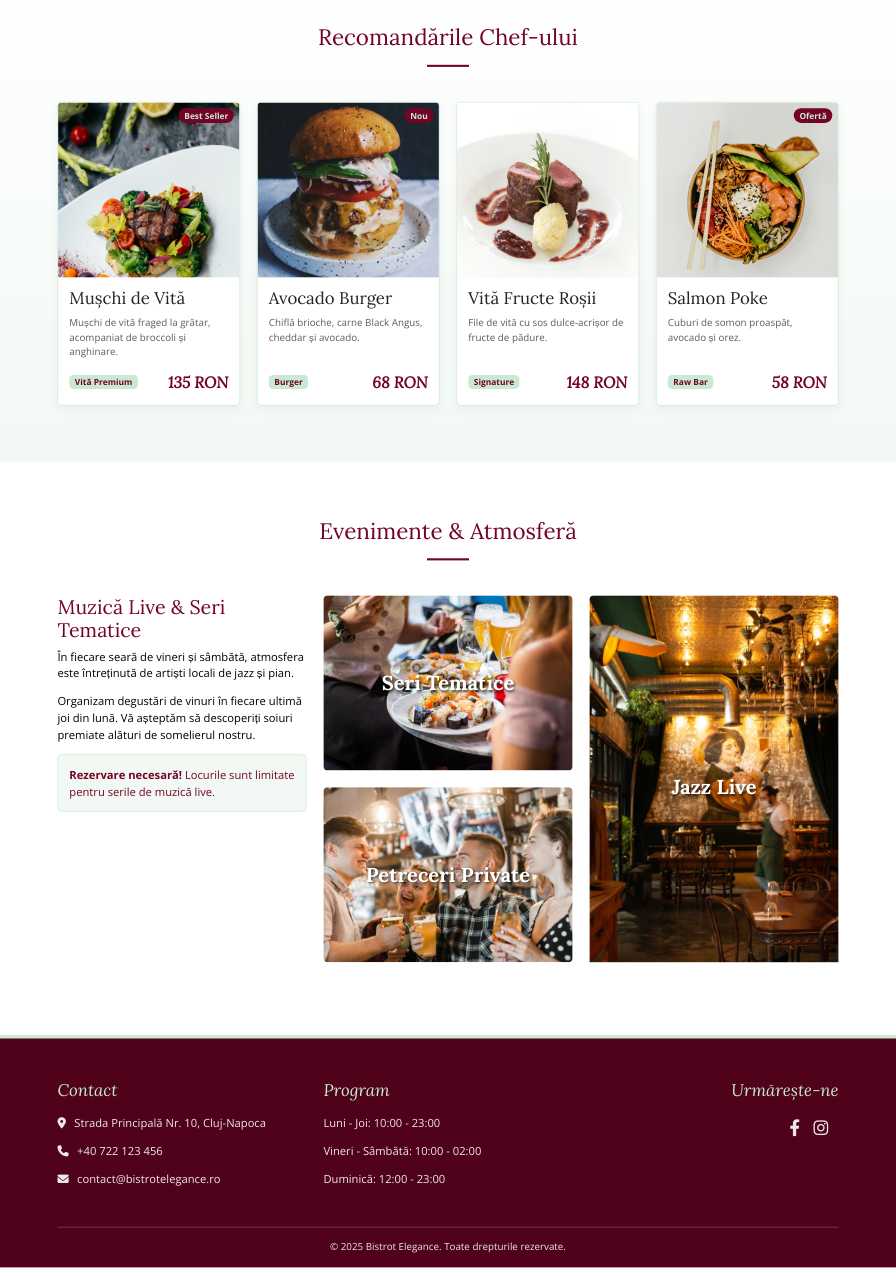
Repository: 912-Comsa-Teodora/bistrot-restaurant
Page: restaurant/index.html
An editor plug-in stored every save of this project. The page is shown before and after the next save, followed by the edit.
The browser window is 1280 px wide. The pictures show the part of the page from y = 1261 to 3181 px (the page is 3072 px tall before and 3181 px after), at 70% of full size.
A picture or video elsewhere on the page could not be fetched, so the positions and the page height are approximate.

Above is the page before, as saved 2026-01-18 16:36:41.

### restaurant/index.html
<!DOCTYPE html>
<html lang="ro">
<head>
    <meta charset="UTF-8">
    <meta name="viewport" content="width=device-width, initial-scale=1.0">
    <meta name="description" content="Cel mai bun restaurant și bar din oraș. Atmosferă unică, meniu select.">
    <meta name="author" content="Numele Tau">

    <title>Bistrot Elegance - Restaurant & Bar</title>

    <link href="https://cdn.jsdelivr.net/npm/bootstrap@5.3.0/dist/css/bootstrap.min.css" rel="stylesheet">
    <link rel="stylesheet" href="https://cdnjs.cloudflare.com/ajax/libs/font-awesome/6.4.0/css/all.min.css">

    <link href="https://fonts.googleapis.com/css2?family=Lora:ital,wght@0,400;0,700;1,400&family=Open+Sans:wght@300;400;700&display=swap" rel="stylesheet">

    <style>
        :root {
            --primary-color: #740427;
            --primary-dark: #50021b;
            --mint-color: #C8EAD3;
            --mint-light: #F2F9F4;
            --text-dark: #000000;
            --white: #ffffff;
        }

        body {
            /* CHANGE 1: Applied Open Sans */
            font-family: 'Open Sans', sans-serif;
            color: var(--text-dark);
            padding-top: 65px;
            background-color: var(--white);
        }

        h1, h2, h3, h4, h5 {
            /* CHANGE 1: Applied Lora */
            font-family: 'Lora', serif;
            color: var(--primary-color);
        }

        .navbar {
            background-color: #fff;
            box-shadow: 0 2px 10px rgba(0,0,0,0.1);
            border-bottom: 1px solid var(--mint-color);
        }

        .navbar-brand img {
            max-height: 40px;
        }

        .nav-link {
            color: var(--primary-dark);
            font-weight: 700;
            text-transform: uppercase;
            font-size: 0.9rem;
        }

        .nav-link:hover {
            color: var(--primary-color);
        }


        #heroCarousel .carousel-item img {
            height: calc(100vh - 65px);
            object-fit: cover;
            filter: brightness(0.6);
        }

        .carousel-caption {
            top: 50%;
            transform: translateY(-50%);
            bottom: auto;
            width: 70%;
            left: 15%;
        }

        .carousel-caption p {
            margin-top: 0;
            margin-bottom: 1.5rem;
            font-size: 1.2rem;
            font-weight: 300;
            color: #fff;
        }

        .carousel-caption h2 {
            font-size: 4rem;
            color: #fff;
            text-shadow: 2px 2px 4px rgba(0,0,0,0.6);
        }


        section {
            padding: 80px 0;
        }

        .section-title {
            text-align: center;
            margin-bottom: 50px;
            position: relative;
        }

        .section-title::after {
            content: '';
            display: block;
            width: 60px;
            height: 3px;
            background-color: var(--primary-color);
            margin: 20px auto;
        }

        .bg-mint-gradient {
            background: linear-gradient(180deg, var(--white) 0%, var(--mint-light) 100%);
        }

        .card {
            border: 1px solid var(--mint-color);
            background-color: #fff;
            transition: transform 0.3s;
            box-shadow: 0 5px 15px rgba(0,0,0,0.05);
        }

        .card:hover {
            transform: translateY(-5px);
            border-color: var(--primary-color);
            box-shadow: 0 10px 30px rgba(116, 4, 39, 0.1);
        }

        .card-img-top {
            height: 250px;
            width: 100%;
            object-fit: cover;
            object-position: center;
        }

        .price-tag {
            /* CHANGE 1 & 2: Font Lora + Italic */
            font-family: 'Lora', serif;
            font-size: 1.4rem;
            font-weight: 700;
            color: var(--primary-color);
            font-style: italic; /* Added Italic */
        }


        .badge-custom-primary {
            background-color: var(--primary-color) !important;
            color: var(--mint-color);
        }

        .badge-custom-mint {
            background-color: var(--mint-color) !important;
            color: var(--primary-color);
            font-weight: 700;
        }

        /* EVENTS STYLING */
        /* CHANGE 3: Wrapper for images to hold the text */
        .event-wrapper {
            position: relative;
            overflow: hidden;
            border-radius: 0.375rem; /* Matches Bootstrap 'rounded' */
        }

        /* CHANGE 3: Text Overlay Style */
        .event-text-overlay {
            position: absolute;
            top: 50%;
            left: 50%;
            transform: translate(-50%, -50%);
            color: var(--white);
            font-family: 'Lora', serif;
            font-size: 1.8rem;
            font-weight: 700;
            text-shadow: 2px 2px 4px rgba(0,0,0,0.8);
            width: 100%;
            text-align: center;
            z-index: 2;
            pointer-events: none; /* Allows clicking through text if needed */
        }

        /* Optional: Darken image slightly to make text pop */
        .event-wrapper img {
            transition: transform 0.3s ease;
        }
        .event-wrapper:hover img {
            transform: scale(1.05);
        }

        @media (min-width: 992px) {
            .event-img-small {
                height: 250px;
                width: 100%;
                object-fit: cover;
            }
            .event-img-large {
                height: calc(500px + 1.5rem);
                width: 100%;
                object-fit: cover;
            }
        }


        footer {
            background-color: var(--primary-dark);
            color: #fff;
            padding: 60px 0 20px;
            border-top: 5px solid var(--mint-color);
        }

        footer h4 {
            color: var(--mint-color);
            margin-bottom: 20px;
            /* CHANGE 2: Footer Titles Italic */
            font-style: italic;
        }

        footer p, footer i {
            color: rgba(255, 255, 255, 0.9);
        }

        .social-icons a {
            color: #fff;
            font-size: 1.5rem;
            margin-right: 15px;
            transition: color 0.3s;
        }

        .social-icons a:hover {
            color: var(--mint-color);
        }

        hr.bg-light {
             border-color: rgba(255,255,255,0.2);
        }
    </style>
</head>
<body>

    <header id="home">
        <nav class="navbar navbar-expand-lg navbar-light fixed-top">
            <div class="container">
                <a class="navbar-brand" href="index.html">
                    <img src="./pictures/Bistrot-Elegance-Logo-visiniu.png" alt="Logo Bistrot Elegance">
                </a>

                <button class="navbar-toggler" type="button" data-bs-toggle="collapse" data-bs-target="#navbarContent" aria-controls="navbarContent" aria-expanded="false" aria-label="Toggle navigation">
                    <span class="navbar-toggler-icon"></span>
                </button>

                <div class="collapse navbar-collapse" id="navbarContent">
                    <ul class="navbar-nav ms-auto mb-2 mb-lg-0">
                        <li class="nav-item">
                            <a class="nav-link" href="#home">Acasă</a>
                        </li>
                        <li class="nav-item">
                            <!-- LINK MODIFIED HERE TO OPEN PDF -->
                            <a class="nav-link" href="menu.pdf" target="_blank">Meniu</a>
                        </li>
                        <li class="nav-item">
                            <a class="nav-link" href="#despre">Despre Noi</a>
                        </li>
                        <li class="nav-item">
                            <a class="nav-link" href="#specialitati">Specialități</a>
                        </li>
                        <li class="nav-item">
                            <a class="nav-link" href="#evenimente">Evenimente</a>
                        </li>
                        <li class="nav-item">
                            <a class="nav-link" href="#contact">Contact</a>
                        </li>
                    </ul>
                </div>
            </div>
        </nav>
    </header>

    <div id="heroCarousel" class="carousel slide" data-bs-ride="carousel">
        <div class="carousel-inner">
            <div class="carousel-item active" data-bs-interval="3000">
                <img src="pictures/restaurant-imagine-principala.jpg" class="d-block w-100" alt="Interior restaurant">
                <div class="carousel-caption">
                    <p>Bine ați venit la</p>
                    <h2>Bistrot Elegance</h2>
                    <p>O experiență culinară de neuitat în inima orașului</p>
                </div>
            </div>

            <div class="carousel-item" data-bs-interval="3000">
                <img src="pictures/cover-bauturi.jpg" class="d-block w-100" alt="Bauturi">
                <div class="carousel-caption">
                    <h2>Cocktailuri Signature</h2>
                    <p>Mixologie rafinată pentru seri perfecte</p>
                </div>
            </div>

            <div class="carousel-item" data-bs-interval="3000">
                <img src="pictures/cover-mancare.jpg" class="d-block w-100" alt="Mancare">
                <div class="carousel-caption">
                    <h2>Gusturi Autentice</h2>
                    <p>Preparate create cu pasiune din ingrediente locale</p>
                </div>
            </div>

            <div class="carousel-item" data-bs-interval="3000">
                <img src="pictures/cover-desert.jpg" class="d-block w-100" alt="Desert">
                <div class="carousel-caption">
                    <h2>Deserturi Artizanale</h2>
                    <p>Finalul dulce perfect pentru orice masă</p>
                </div>
            </div>
        </div>
    </div>

    <section id="despre">
        <div class="container">
            <div class="row align-items-center">
                <div class="col-lg-6 mb-4 mb-lg-0">
                    <h2 class="mb-4">Povestea Noastră</h2>
                    <h3 class="mb-3" style="color: var(--text-dark); opacity: 0.8;">Tradiție și modernism din 2010</h3>
                    <p>
                        Situat într-o clădire istorică, <strong>Bistrot Elegance</strong> îmbină arhitectura clasică cu un design interior modern și vibrant. Ne mândrim cu o atmosferă care invită la relaxare și conversație, fiind locul ideal atât pentru întâlniri de afaceri, cât și pentru cine romantice.
                    </p>
                    <p>
                        Filozofia noastră culinară se bazează pe ingrediente locale, proaspete, reinterpretate într-o manieră internațională. Echipa noastră de bucătari pasionați lucrează zilnic pentru a oferi preparate care surprind prin gust și prezentare.
                    </p>
                </div>
                <div class="col-lg-6">
                    <img src="pictures/interior-restaurant.jpg" class="img-fluid rounded shadow" alt="Interior restaurant">
                </div>
            </div>
        </div>
    </section>

    <section id="specialitati" class="bg-mint-gradient">
        <div class="container">
            <h2 class="section-title">Recomandările Chef-ului</h2>
            <div class="row g-4">

                <div class="col-md-6 col-lg-3">
                    <div class="card h-100">
                        <span class="position-absolute top-0 end-0 badge rounded-pill badge-custom-primary m-2">
                            Best Seller
                        </span>
                        <img src="pictures/muschi-de-vita-cu-legume.jpg" class="card-img-top" alt="Vita">
                        <div class="card-body d-flex flex-column">
                            <h4 class="card-title">Mușchi de Vită</h4>
                            <p class="card-text small text-muted">Mușchi de vită fraged la grătar, acompaniat de broccoli și anghinare.</p>
                            <div class="mt-auto d-flex justify-content-between align-items-center">
                                <span class="badge badge-custom-mint">Vită Premium</span>
                                <span class="price-tag">135 RON</span>
                            </div>
                        </div>
                    </div>
                </div>

                <div class="col-md-6 col-lg-3">
                    <div class="card h-100">
                         <span class="position-absolute top-0 end-0 badge rounded-pill badge-custom-primary m-2">
                            Nou
                        </span>
                        <img src="pictures/avocado-gourmet-burger.jpg" class="card-img-top" alt="Burger">
                        <div class="card-body d-flex flex-column">
                            <h4 class="card-title">Avocado Burger</h4>
                            <p class="card-text small text-muted">Chiflă brioche, carne Black Angus, cheddar și avocado.</p>
                            <div class="mt-auto d-flex justify-content-between align-items-center">
                                <span class="badge badge-custom-mint">Burger</span>
                                <span class="price-tag">68 RON</span>
                            </div>
                        </div>
                    </div>
                </div>

                 <div class="col-md-6 col-lg-3">
                    <div class="card h-100">
                        <img src="pictures/vita-cu-fructe-rosii.jpg" class="card-img-top" alt="Vita fructe rosii">
                        <div class="card-body d-flex flex-column">
                            <h4 class="card-title">Vită Fructe Roșii</h4>
                            <p class="card-text small text-muted">File de vită cu sos dulce-acrișor de fructe de pădure.</p>
                            <div class="mt-auto d-flex justify-content-between align-items-center">
                                <span class="badge badge-custom-mint">Signature</span>
                                <span class="price-tag">148 RON</span>
                            </div>
                        </div>
                    </div>
                </div>

                <div class="col-md-6 col-lg-3">
                    <div class="card h-100">
                        <span class="position-absolute top-0 end-0 badge rounded-pill badge-custom-primary m-2">
                            Ofertă
                        </span>
                        <img src="pictures/salmon-poke.jpg" class="card-img-top" alt="Poke">
                        <div class="card-body d-flex flex-column">
                            <h4 class="card-title">Salmon Poke</h4>
                            <p class="card-text small text-muted">Cuburi de somon proaspăt, avocado și orez.</p>
                            <div class="mt-auto d-flex justify-content-between align-items-center">
                                <span class="badge badge-custom-mint">Raw Bar</span>
                                <span class="price-tag">58 RON</span>
                            </div>
                        </div>
                    </div>
                </div>

            </div>
        </div>
    </section>

    <section id="evenimente">
        <div class="container">
            <h2 class="section-title">Evenimente & Atmosferă</h2>
            <div class="row">
                <div class="col-lg-4 mb-4">
                    <h3>Muzică Live & Seri Tematice</h3>
                    <p>În fiecare seară de vineri și sâmbătă, atmosfera este întreținută de artiști locali de jazz și pian.</p>
                    <p>Organizam degustări de vinuri în fiecare ultimă joi din lună. Vă așteptăm să descoperiți soiuri premiate alături de somelierul nostru.</p>
                    <div class="alert alert-info mt-3" style="background-color: var(--mint-light); border-color: var(--mint-color); color: var(--primary-color);">
                        <strong>Rezervare necesară!</strong> Locurile sunt limitate pentru serile de muzică live.
                    </div>
                </div>

                <div class="col-lg-4 col-md-6 mb-4">

                    <div class="event-wrapper mb-4">
                        <img src="pictures/seara-tematica-sushi.jpg" class="img-fluid w-100 event-img-small" alt="Live">
                        <div class="event-text-overlay">Seri Tematice</div>
                    </div>

                    <div class="event-wrapper">
                        <img src="pictures/petrecere-privata.jpg" class="img-fluid w-100 event-img-small" alt="Vin">
                        <div class="event-text-overlay">Petreceri Private</div>
                    </div>
                </div>

                <div class="col-lg-4 col-md-6">
                    <div class="event-wrapper h-100">
                        <img src="pictures/seara-de-jazz.jpg" class="img-fluid w-100 event-img-large" alt="Party">
                        <div class="event-text-overlay">Jazz Live</div>
                    </div>
                </div>

            </div>
        </div>
    </section>

    <footer id="contact">
        <div class="container">
            <div class="row">
                <div class="col-md-4 mb-4">
                    <h4>Contact</h4>
                    <p><i class="fas fa-map-marker-alt me-2"></i> Strada Principală Nr. 10, Cluj-Napoca</p>
                    <p><i class="fas fa-phone me-2"></i> +40 722 123 456</p>
                    <p><i class="fas fa-envelope me-2"></i> contact@bistrotelegance.ro</p>
                </div>

                <div class="col-md-4 mb-4">
                    <h4>Program</h4>
                    <p>Luni - Joi: 10:00 - 23:00</p>
                    <p>Vineri - Sâmbătă: 10:00 - 02:00</p>
                    <p>Duminică: 12:00 - 23:00</p>
                </div>

                <div class="col-md-4 mb-4 text-md-end text-start">
                    <h4>Urmărește-ne</h4>
                    <div class="social-icons">
                        <a href="https://www.instagram.com/p/DTpjjSEiNyFa9zL6V36H__r-7ydWBVExPYOuuw0/?igsh=MWZ2dzEzcHJvdDZu" aria-label="Facebook"><i class="fab fa-facebook-f"></i></a>
                        <a href="https://www.instagram.com/bistrotelegance?igsh=MXN3Zzh1YTdrY3Y3cw%3D%3D&utm_source=qr" aria-label="Instagram"><i class="fab fa-instagram"></i></a>
                    </div>
                </div>
            </div>

            <hr class="bg-light">

            <div class="row">
                <div class="col-12 text-center">
                    <p class="small mb-0">&copy; 2025 Bistrot Elegance. Toate drepturile rezervate.</p>
                </div>
            </div>
        </div>
    </footer>

    <script src="https://cdn.jsdelivr.net/npm/bootstrap@5.3.0/dist/js/bootstrap.bundle.min.js"></script>
</body>
</html>

After the next save:
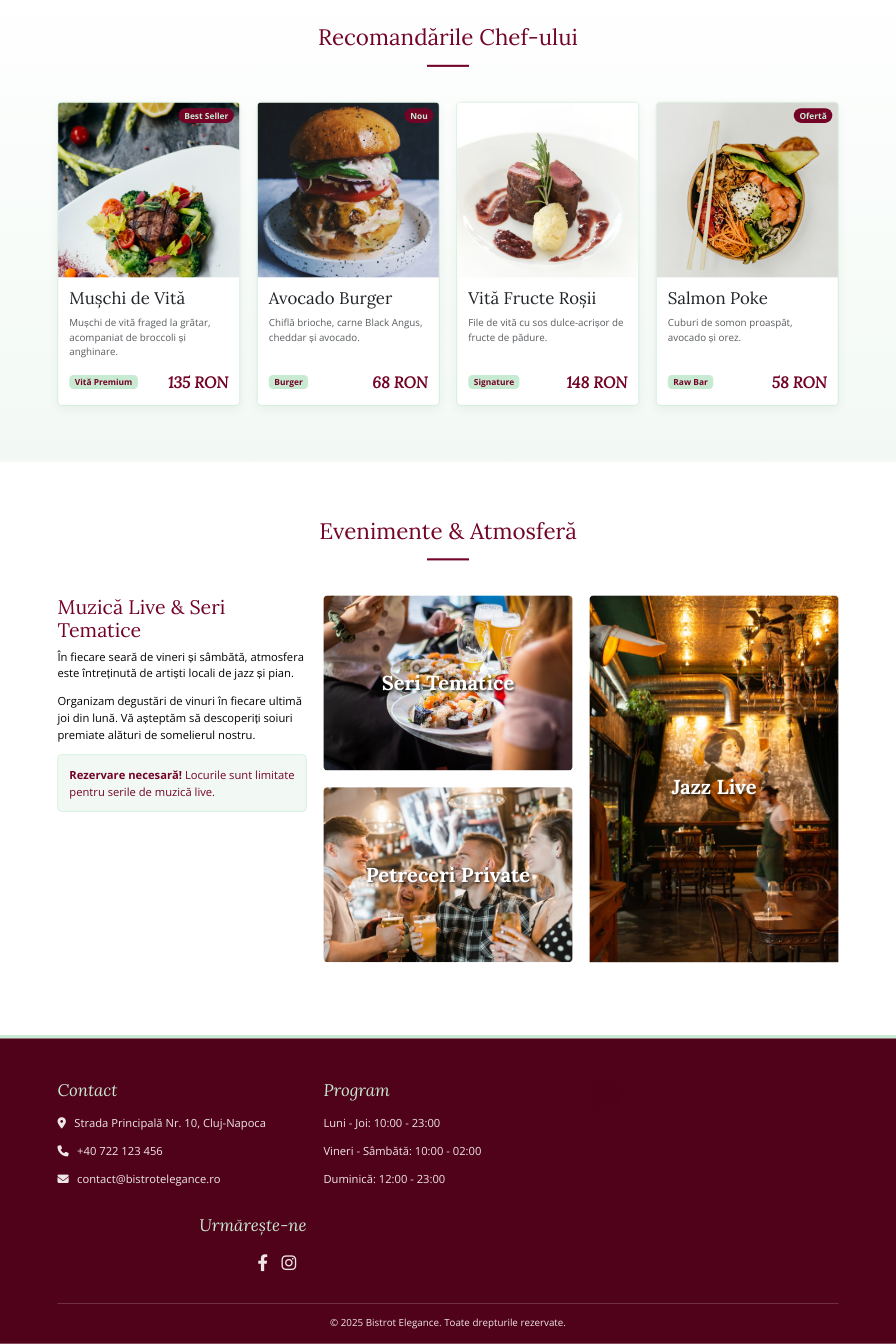
Saved 72 s later.
--- a/restaurant/index.html
+++ b/restaurant/index.html
@@ -458,6 +458,12 @@
                     <p>Duminică: 12:00 - 23:00</p>
                 </div>
 
+                <div class="col-md-4 mb-4">
+                    <a class="navbar-brand" href="index.html">
+                        <img src="./pictures/Bistrot-Elegance-Logo-visiniu.png" alt="Logo Bistrot Elegance">
+                    </a>
+                </div>
+
                 <div class="col-md-4 mb-4 text-md-end text-start">
                     <h4>Urmărește-ne</h4>
                     <div class="social-icons">
